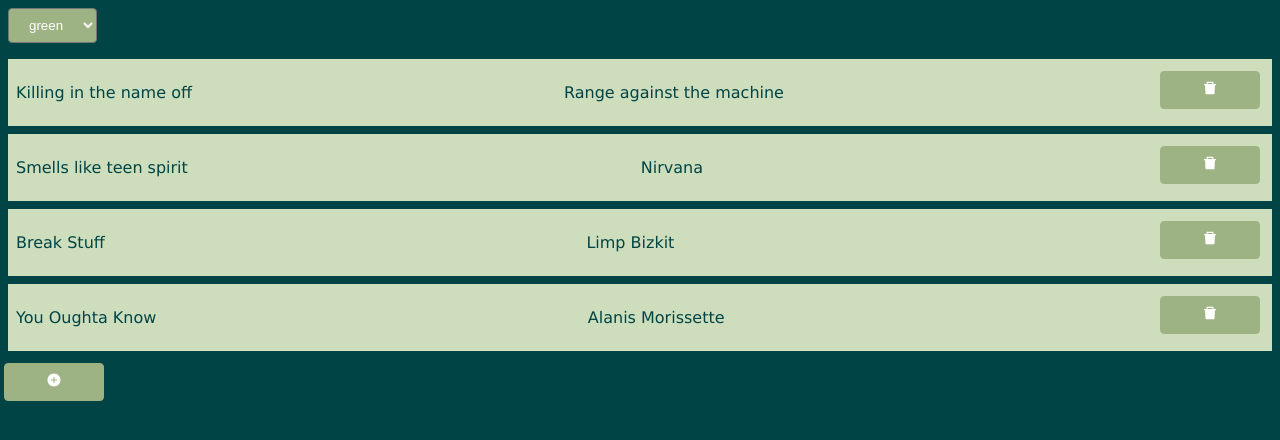
Repository: majakesin/moodify-app
Page: /angry
These files come from the project's save history. The page is drawn as it stood at one moment and after the next save; the edit follows.
The browser window is 1280 px wide. The pictures show the whole page.
The project was rebuilt for these pictures with package versions that can differ from the ones it lists, and the page was loaded fresh each time. Also part of the build but not shown: src/data/moods.js, src/components/Mood/index.jsx, src/pages/ChooseMood/index.module.css, src/pages/ChooseMood/index.jsx.

Above is the page before, as saved 2023-08-23 12:15:06.

After the next save:
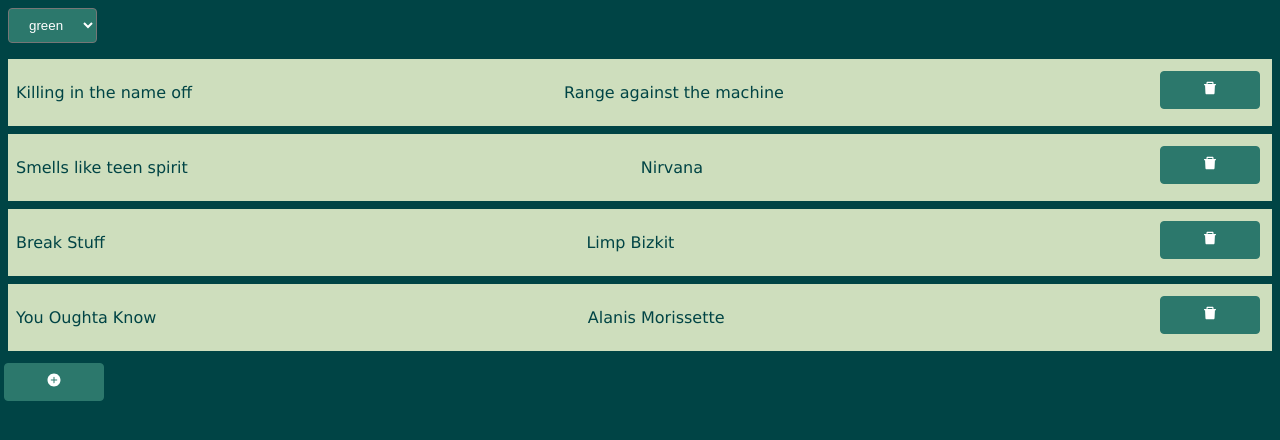
Saved 24 s later.
--- a/src/styles/variables.css
+++ b/src/styles/variables.css
@@ -13,7 +13,7 @@
 }
 :root.green {
     --first-color: #004445;
-    --second-color: #9EB384;
+    --second-color: #2c786c;
     --third-color: #CEDEBD;
     --fourth-color: #FAF1E4;
     --fifth-color: #ffffff;
